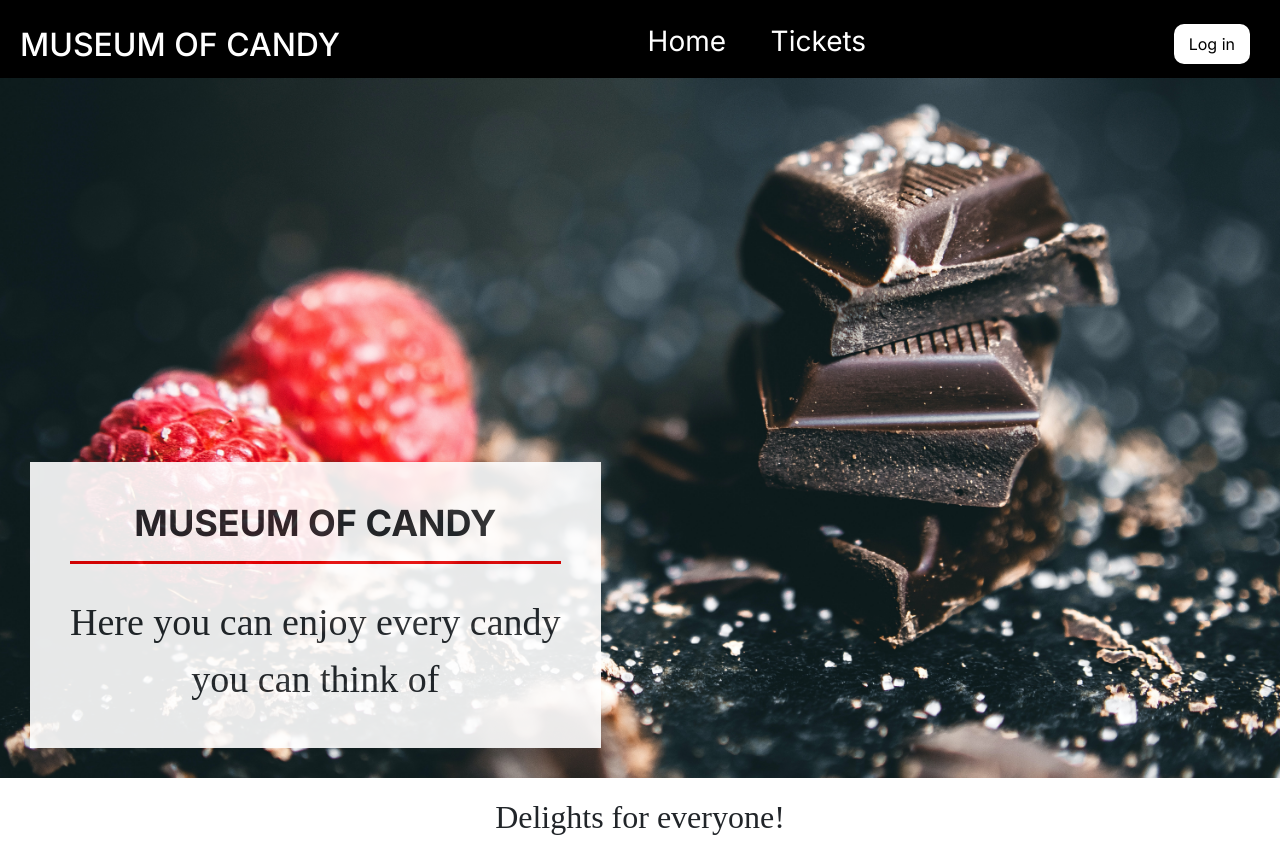
Repository: m-koparanova/MuseumOfCandy
Page: index.html
The author's editor kept a copy of each file at every save. The page is drawn from the files as they stood at one save, then again after the next save.
The browser window is 1280 px wide. The pictures show the whole page.
Some web fonts or font styles are not loaded; a fallback is used.

Above is the page before, as saved 2023-03-05 20:17:07.

After the next save:
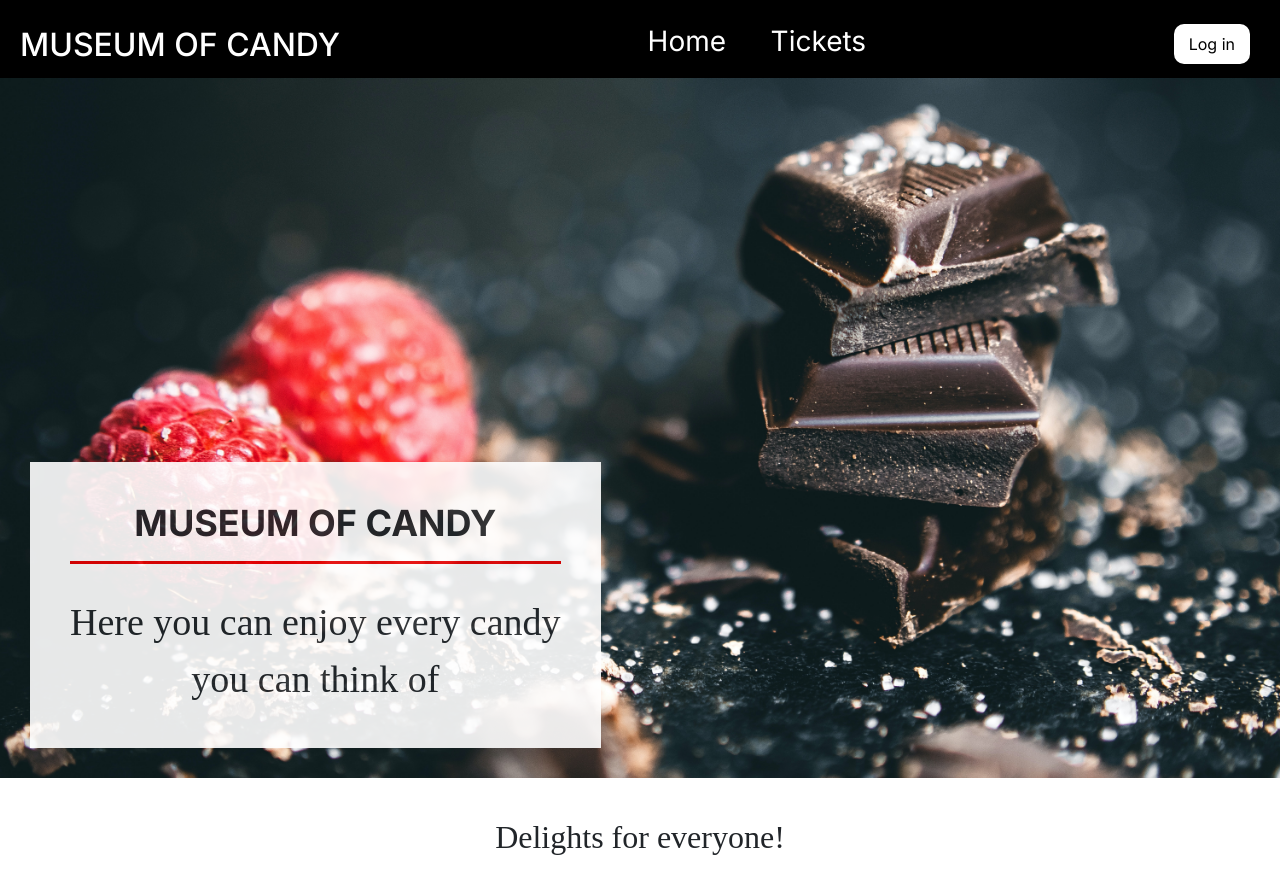
Saved 23 s later.
--- a/style.css
+++ b/style.css
@@ -101,5 +101,5 @@
 .delights-text{
     font-family: 'Italianno', cursive;
     text-align: center;
-    margin: 20px 0px 20px 0px;
+    margin: 40px 0px 40px 0px;
 }
